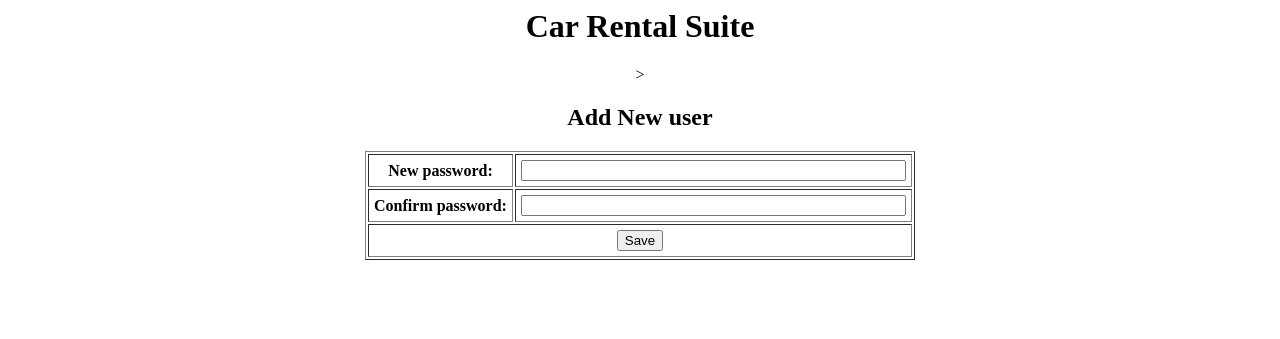
Repository: aforaswin/car-rental
Page: http://localhost/Car_Rental/change
An editor plug-in stored every save of this project. The page is shown before and after the next save, followed by the edit.
The browser window is 1280 px wide. The pictures show the whole page.
The page is served by Tomcat 9.

Above is the page before, as saved 2017-09-19 04:51:15.

After the next save:
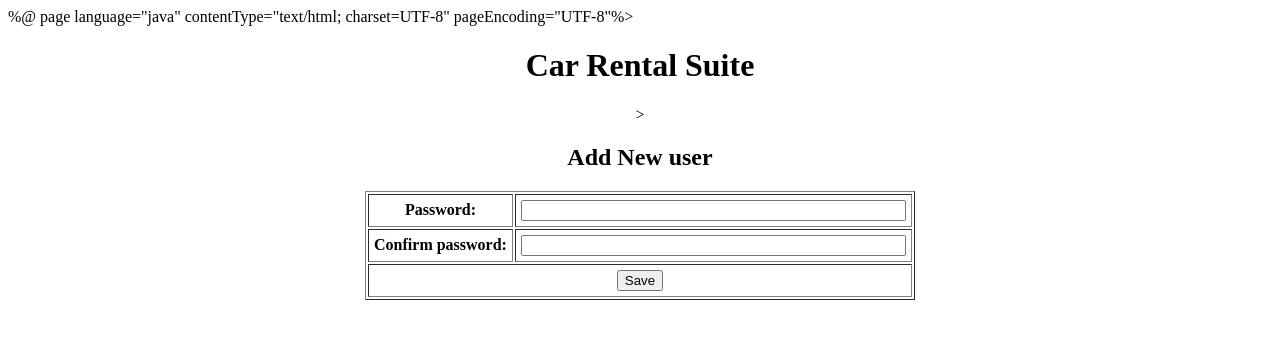
Saved 2 min 21 s later.
--- a/Car Rental/WebContent/Change.jsp
+++ b/Car Rental/WebContent/Change.jsp
@@ -1,7 +1,7 @@
-<%@ page language="java" contentType="text/html; charset=UTF-8"
+%@ page language="java" contentType="text/html; charset=UTF-8"
     pageEncoding="UTF-8"%>
 <%@ taglib uri="http://java.sun.com/jsp/jstl/core" prefix="c" %>
-<html>
+<!Doctype html>
 <head>
     <title>Car Database</title>
 </head>
@@ -22,8 +22,8 @@
 
                 </h2>
             </caption>
- <tr>
-            <th>New password:</th>
+            <tr>
+            <th>Password:</th>
             <td>
             <input type="password" name="password" size="45"
                              required id="password"

After the save that followed:
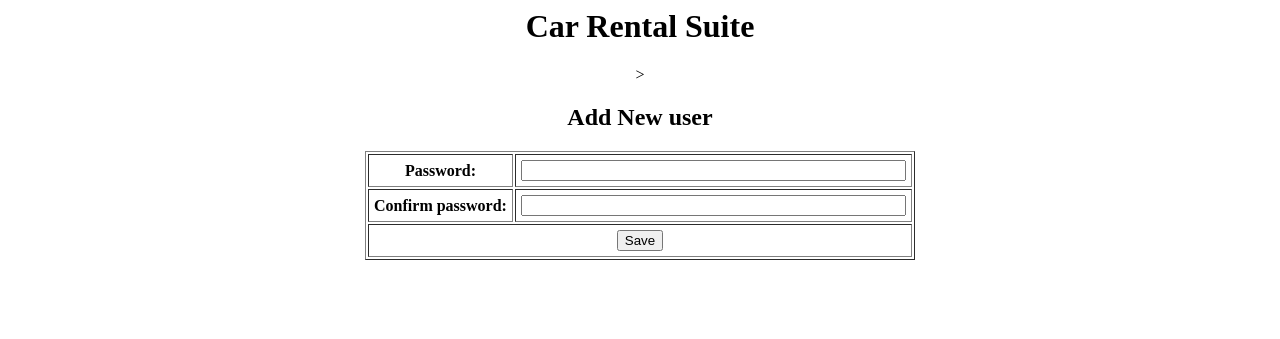
Saved 27 s later.
--- a/Car Rental/WebContent/Change.jsp
+++ b/Car Rental/WebContent/Change.jsp
@@ -1,7 +1,7 @@
-%@ page language="java" contentType="text/html; charset=UTF-8"
+<%@ page language="java" contentType="text/html; charset=UTF-8"
     pageEncoding="UTF-8"%>
 <%@ taglib uri="http://java.sun.com/jsp/jstl/core" prefix="c" %>
-<!Doctype html>
+<html>
 <head>
     <title>Car Database</title>
 </head>
